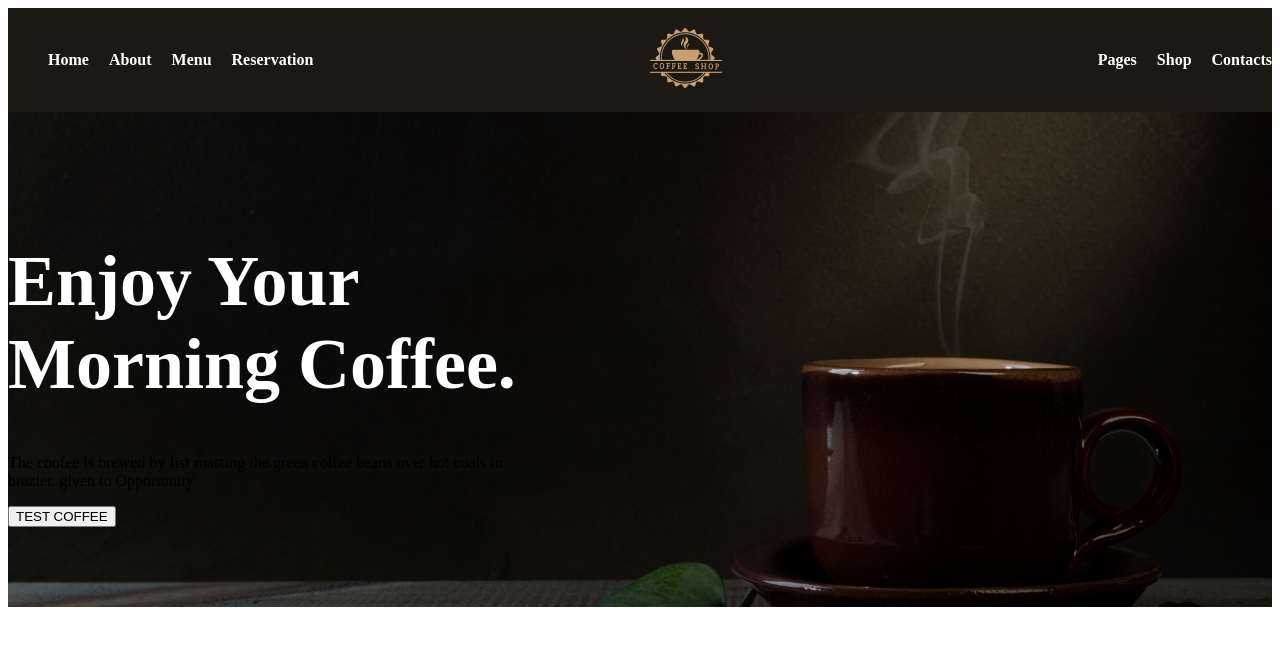
Repository: SitoraRashidova/CoffeShop_Figma
Page: /
The author's editor kept a copy of each file at every save. The page is drawn from the files as they stood at one save, then again after the next save.
The browser window is 1280 px wide. The pictures show the whole page.
The project was rebuilt for these pictures with package versions that can differ from the ones it lists, and the page was loaded fresh each time. Also part of the build but not shown: vite.config.js.

Above is the page before, as saved 2024-11-24 23:11:56.

### src/index.css
/* :root {
  font-family: Inter, system-ui, Avenir, Helvetica, Arial, sans-serif;
  line-height: 1.5;
  font-weight: 400;

  color-scheme: light dark;
  color: rgba(255, 255, 255, 0.87);
  background-color: #242424;

  font-synthesis: none;
  text-rendering: optimizeLegibility;
  -webkit-font-smoothing: antialiased;
  -moz-osx-font-smoothing: grayscale;
} */


.container {
  width: 100%;
  max-width: 1296px;
  margin: 0 auto;
}

/* Header uchun style */

.header{
  background-color: #1C1814;
  padding: 20px 0;
}

.header-wrapper{
  display: flex;
  align-items: center;
  justify-content: space-between;
}

.nav-list{
  display: flex;
  align-items: center;
  justify-content: space-between;
  gap: 20px;
}

.nav-list__item{
  list-style: none;
}

.nav-list__item-link{
  color: white;
  text-decoration: none;
  font-weight: 600;
}

/* Hero uchun style */

.hero{
  width: 100%;
  height: auto;
  background-image: url('./assets/hero-logo.png');
  background-size: cover;
  background-repeat: no-repeat;
}

.hero-content{
  width: 100%;
  max-width: 529px;
  padding: 80px 0;
}

.hero-content__title{
  font-size: 72px;
  color: #fff;
}

/* .hero-content__desc{
  font-size: 20px;
  color: #fff;
} */

/* .hero-btn{
  padding: 24px 40px;
  font-weight: 700;
  font-size: 18px;
  border: none;
  background-color: #C99E71;
  color: #fff;
} */

### src/App.jsx
import './App.css'
import Header from './components/header'
import Hero from './components/hero'

function App() {

  return (
    <>
     <Header />
     <Hero />
    </>
  )
}

export default App

### src/App.css
*{
  box-sizing: border-box;
}

/* Header uchun style */

.container {
  width: 100%;
  max-width: 1296px;
  margin: 0 auto;
}

### src/components/header.jsx
import Logo from "../assets/Logo.png";

const Header = () => {
  return (
    <header className="header">
      <div className="container">
        <div className="header-wrapper">
          <nav>
            <ul className="nav-list">
              <li className="nav-list__item">
                <a className="nav-list__item-link" href="/home">
                  Home
                </a>
              </li>
              <li className="nav-list__item">
                <a className="nav-list__item-link" href="/about">
                  About
                </a>
              </li>
              <li className="nav-list__item">
                <a className="nav-list__item-link" href="/menu">
                  Menu
                </a>
              </li>
              <li className="nav-list__item">
                <a className="nav-list__item-link" href="/Reservation">
                  Reservation
                </a>
              </li>
            </ul>
          </nav>
          <div>
            <img src={Logo} alt="web site logo" />
          </div>
          <nav>
            <ul className="nav-list">
              <li className="nav-list__item">
                <a className="nav-list__item-link" href="/home">
                  Pages
                </a>
              </li>
              <li className="nav-list__item">
                <a className="nav-list__item-link" href="/about">
                  Shop
                </a>
              </li>
              <li className="nav-list__item">
                <a className="nav-list__item-link" href="/menu">
                  Contacts
                </a>
              </li>
            </ul>
          </nav>
        </div>
      </div>
    </header>
  );
};

export default Header;

### src/components/hero.jsx


const Hero = () => {
  return (
    <div className="hero">
        <div className="container">
           <div className="hero-content">
            <h1 className="hero-content__title">Enjoy Your
            Morning Coffee.</h1>
            <p className="hero-content__desc">The coofee is brewed by fist roasting the green coffee beans over hot coals in brazier. given to Opportunity</p>
            <button className="hero-btn">TEST COFFEE</button>
           </div>
        </div>
    </div>
  )
}

export default Hero

Loaded but not shown: index.html (common file); src/main.jsx (common file)

After the next save:
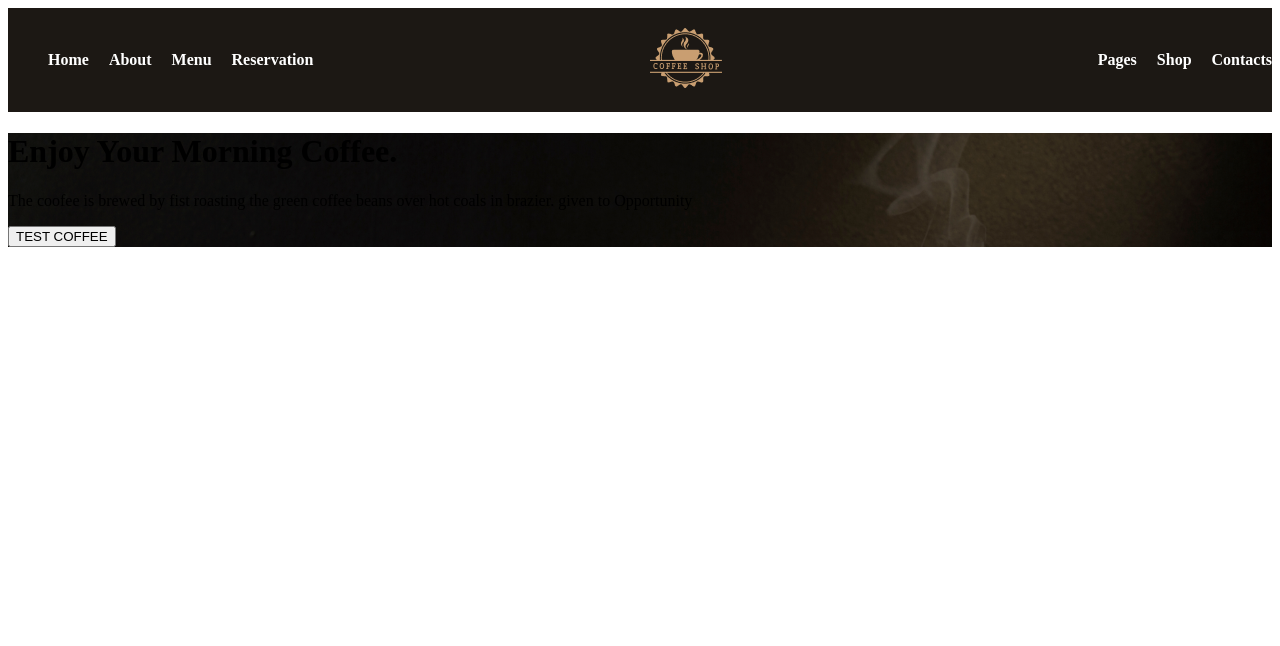
Saved 5 s later.
--- a/src/index.css
+++ b/src/index.css
@@ -60,7 +60,7 @@
   background-repeat: no-repeat;
 }
 
-.hero-content{
+/* .hero-content{
   width: 100%;
   max-width: 529px;
   padding: 80px 0;
@@ -69,7 +69,7 @@
 .hero-content__title{
   font-size: 72px;
   color: #fff;
-}
+} */
 
 /* .hero-content__desc{
   font-size: 20px;
